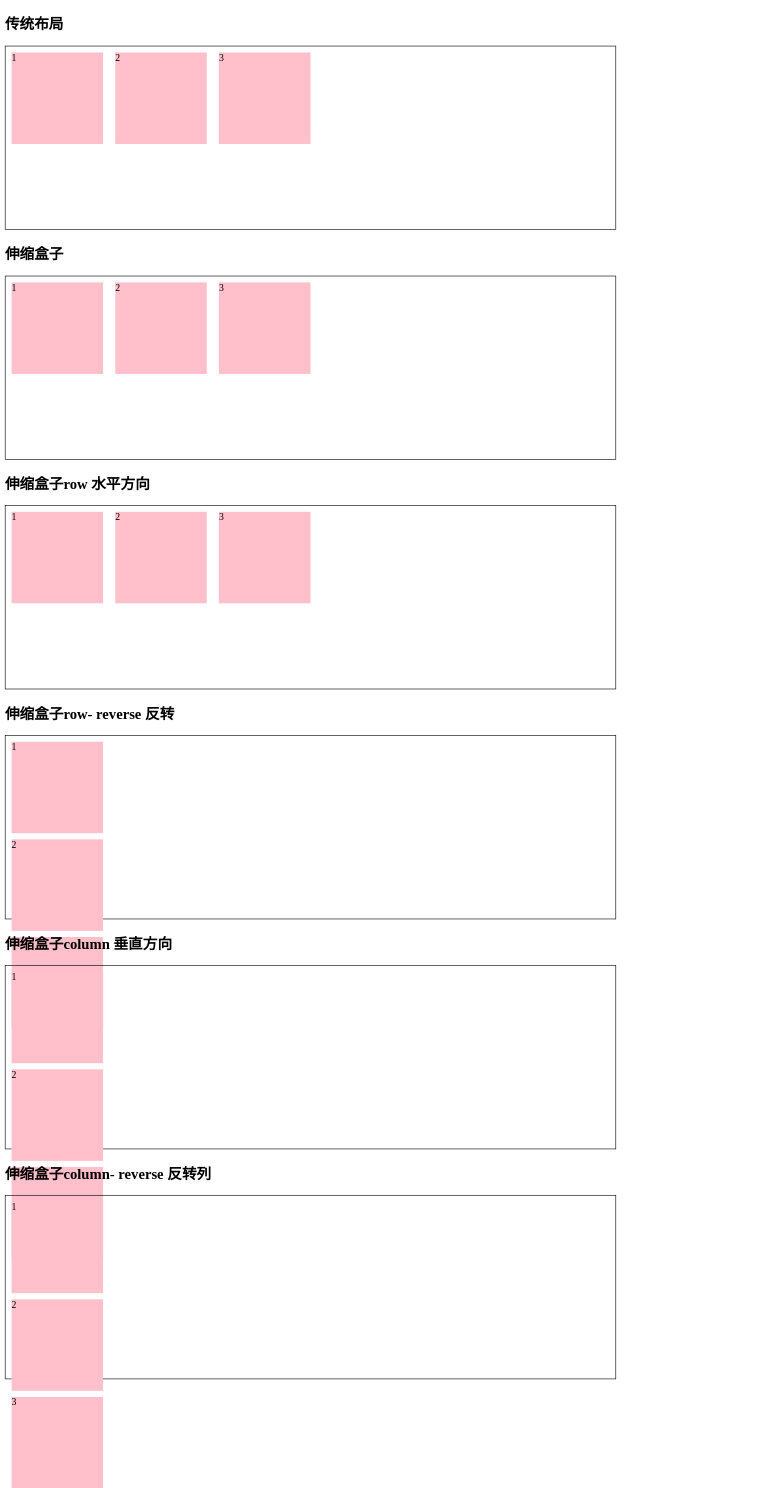
Repository: liuxi0811/web-demo
Page: 伸缩布局.html
These files come from the project's save history. The page is drawn as it stood at one moment and after the next save; the edit follows.
The browser window is 1280 px wide. The pictures show the whole page, at 61% of full size.

Above is the page before, as saved 2020-12-03 18:16:09.

### 伸缩布局.html
<!DOCTYPE html>
<html lang="en">

<head>
    <meta charset="UTF-8">
    <meta name="viewport" content="width=device-width, initial-scale=1.0">
    <title>Document</title>
    <style>
        div {
            width: 1000px;
            height: 300px;
            border: 1px solid;
        }

        li {
            width: 150px;
            height: 150px;
            background: pink;
            margin: 10px;
            /* display: flex; */

        }

        ul {
            list-style: none;
            margin: 0px;
            padding: 0px;

        }

        /* section:nth-child(1) ul{
           overflow: hidden;
        } */
        section:nth-child(1) ul li{
            float: left;
        }
        section:nth-child(2) ul{
            display: flex;
        }

        section:nth-child(3) ul{
            display: flex;
            flex-direction: row;
        }
    </style>
</head>

<body>
    <section>
        <h1>传统布局</h1>
        <div>
            <ul>
                <li>1</li>
                <li>2</li>
                <li>3</li>
        </div>
    </section>

    <section>
        <h1>伸缩盒子</h1>
        <div>
            <ul>
                <li>1</li>
                <li>2</li>
                <li>3</li>
        </div>
    </section>

    <section>
        <h1>伸缩盒子row 水平方向</h1>
        <div>
            <ul>
                <li>1</li>
                <li>2</li>
                <li>3</li>
        </div>
    </section>

    <section>
        <h1>伸缩盒子row- reverse 反转</h1>
        <div>
            <ul>
                <li>1</li>
                <li>2</li>
                <li>3</li>
        </div>
    </section>

    <section>
        <h1>伸缩盒子column 垂直方向</h1>
        <div>
            <ul>
                <li>1</li>
                <li>2</li>
                <li>3</li>
        </div>
    </section>

    <section>
        <h1>伸缩盒子column- reverse 反转列</h1>
        <div>
            <ul>
                <li>1</li>
                <li>2</li>
                <li>3</li>
        </div>
    </section>
</body>

</html>

After the next save:
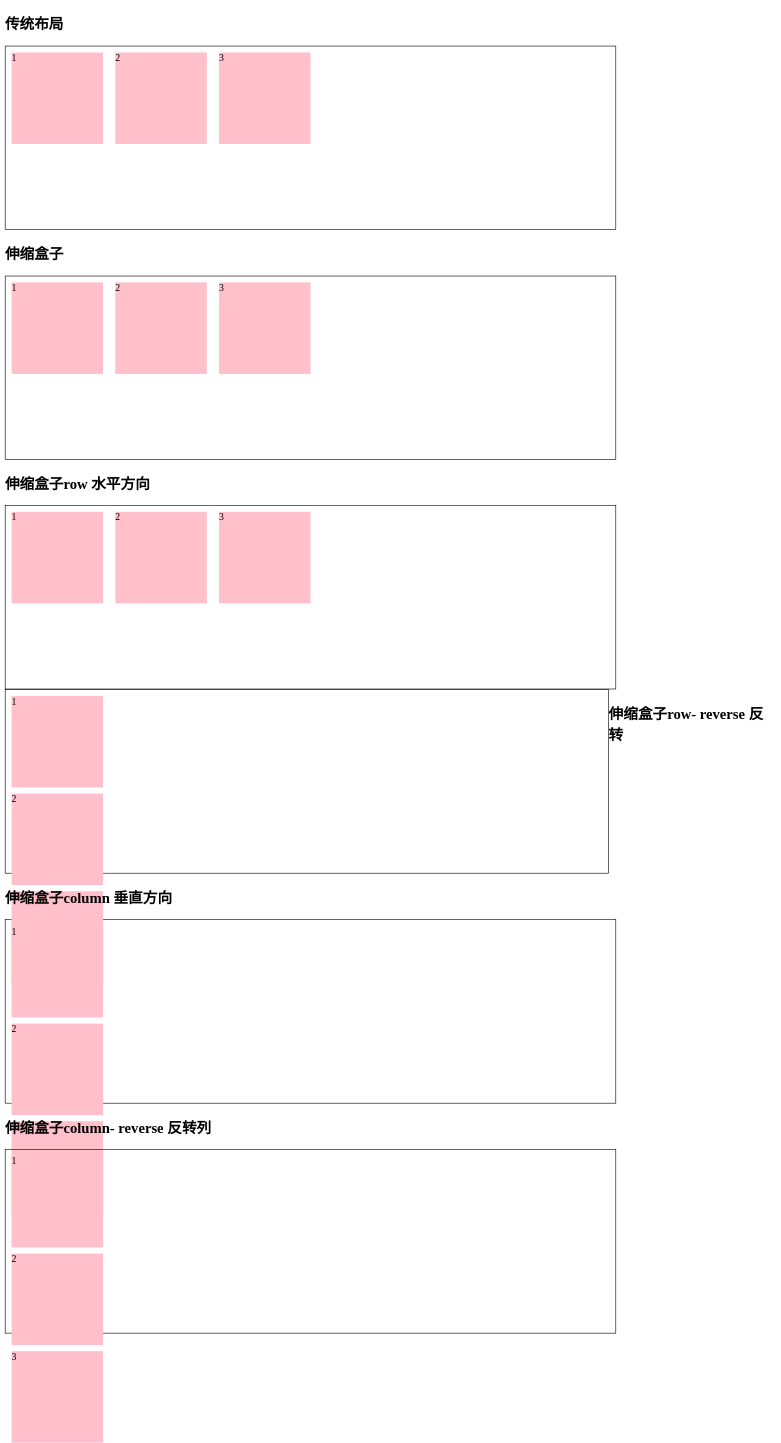
Saved 44 s later.
--- a/伸缩布局.html
+++ b/伸缩布局.html
@@ -41,6 +41,11 @@
         section:nth-child(3) ul{
             display: flex;
             flex-direction: row;
+        }
+
+        section:nth-child(4){
+            display: flex;
+            flex-direction:row-reverse;
         }
     </style>
 </head>
